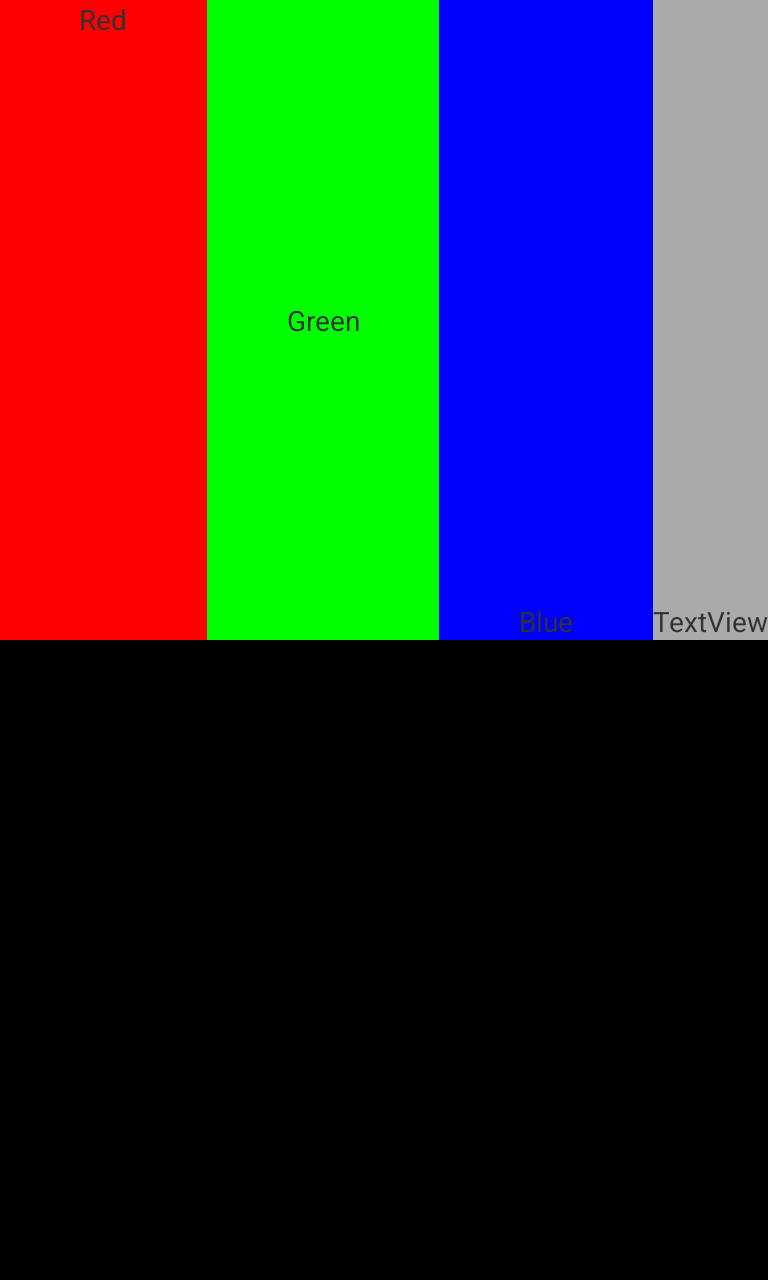
Repository: LuciferUltraM/workspace-utk
Layout: HelloViews/res/layout/activity_main.xml
These files come from the project's save history. The layout is drawn as it stood at one moment and after the next save; the edit follows.
It is drawn on a 768 x 1280 px phone screen (xhdpi) without system bars, with theme AppTheme; the app's code is not run.

Above is the layout before, as saved 2013-05-22 08:00:06.

### HelloViews/res/layout/activity_main.xml
<LinearLayout xmlns:android="http://schemas.android.com/apk/res/android"
    android:layout_width="fill_parent"
    android:layout_height="fill_parent"
    android:orientation="vertical" >

    <LinearLayout
        android:layout_width="match_parent"
        android:layout_height="match_parent"
        android:layout_weight="1"
        android:background="@android:color/darker_gray"
        android:orientation="horizontal" >

        <TextView
            android:id="@+id/textView1"
            android:layout_width="wrap_content"
            android:layout_height="match_parent"
            android:layout_weight="1"
            android:background="#ff0000"
            android:gravity="top|center"
            android:text="Red" />

        <TextView
            android:id="@+id/textView2"
            android:layout_width="wrap_content"
            android:layout_height="match_parent"
            android:layout_weight="1"
            android:background="#00ff00"
            android:gravity="center"
            android:text="Green" />

        <TextView
            android:id="@+id/textView3"
            android:layout_width="wrap_content"
            android:layout_height="match_parent"
            android:layout_weight="1"
            android:background="#0000ff"
            android:gravity="bottom|center"
            android:text="Blue" />

        <TextView
            android:id="@+id/textView4"
            android:layout_width="wrap_content"
            android:layout_height="wrap_content"
            android:text="TextView" />

    </LinearLayout>

    <LinearLayout
        android:layout_width="match_parent"
        android:layout_height="match_parent"
        android:layout_weight="1"
        android:background="@android:color/black"
        android:orientation="vertical" >

    </LinearLayout>

</LinearLayout>

Loaded but not shown: HelloViews/res/values/styles.xml (common file); HelloViews/res/values-v11/styles.xml (common file); HelloViews/res/values-v14/styles.xml (common file)

After the next save:
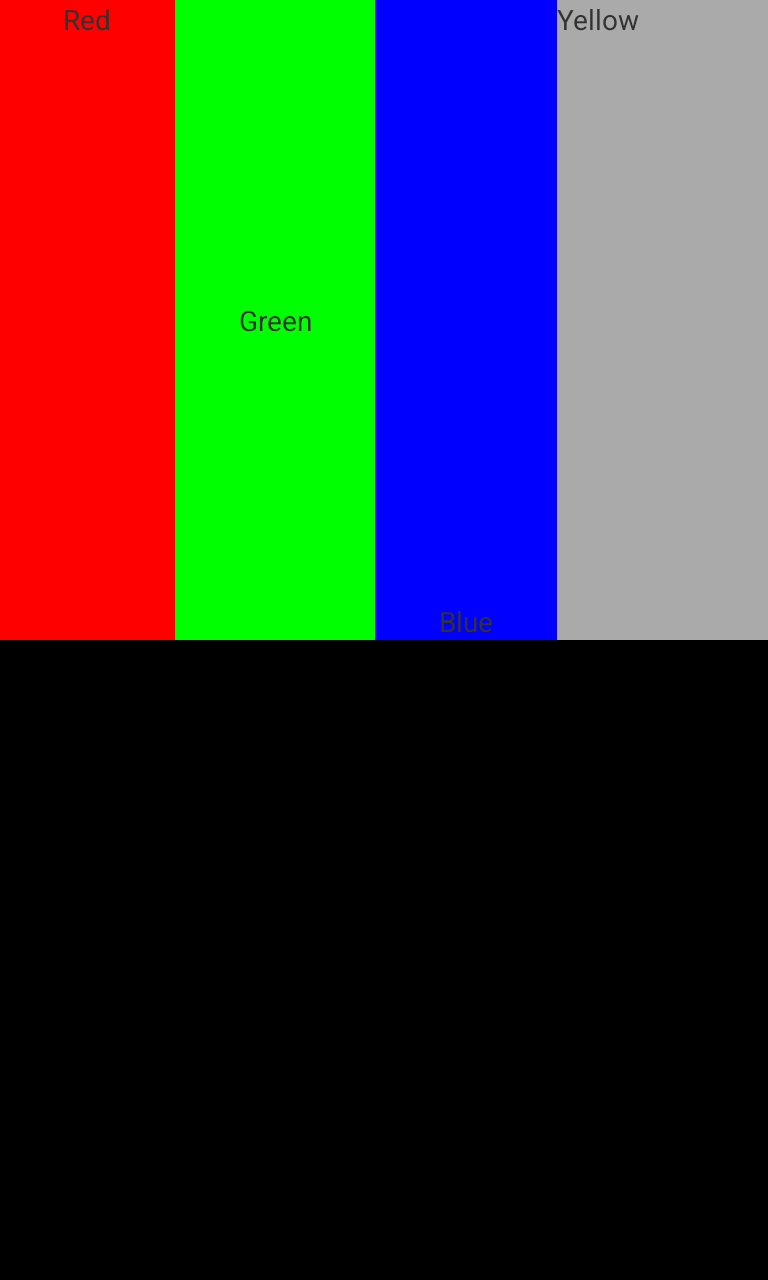
Saved 25 s later.
--- a/HelloViews/res/layout/activity_main.xml
+++ b/HelloViews/res/layout/activity_main.xml
@@ -40,8 +40,9 @@
         <TextView
             android:id="@+id/textView4"
             android:layout_width="wrap_content"
-            android:layout_height="wrap_content"
-            android:text="TextView" />
+            android:layout_height="match_parent"
+            android:layout_weight="1"
+            android:text="Yellow" />
 
     </LinearLayout>
 
